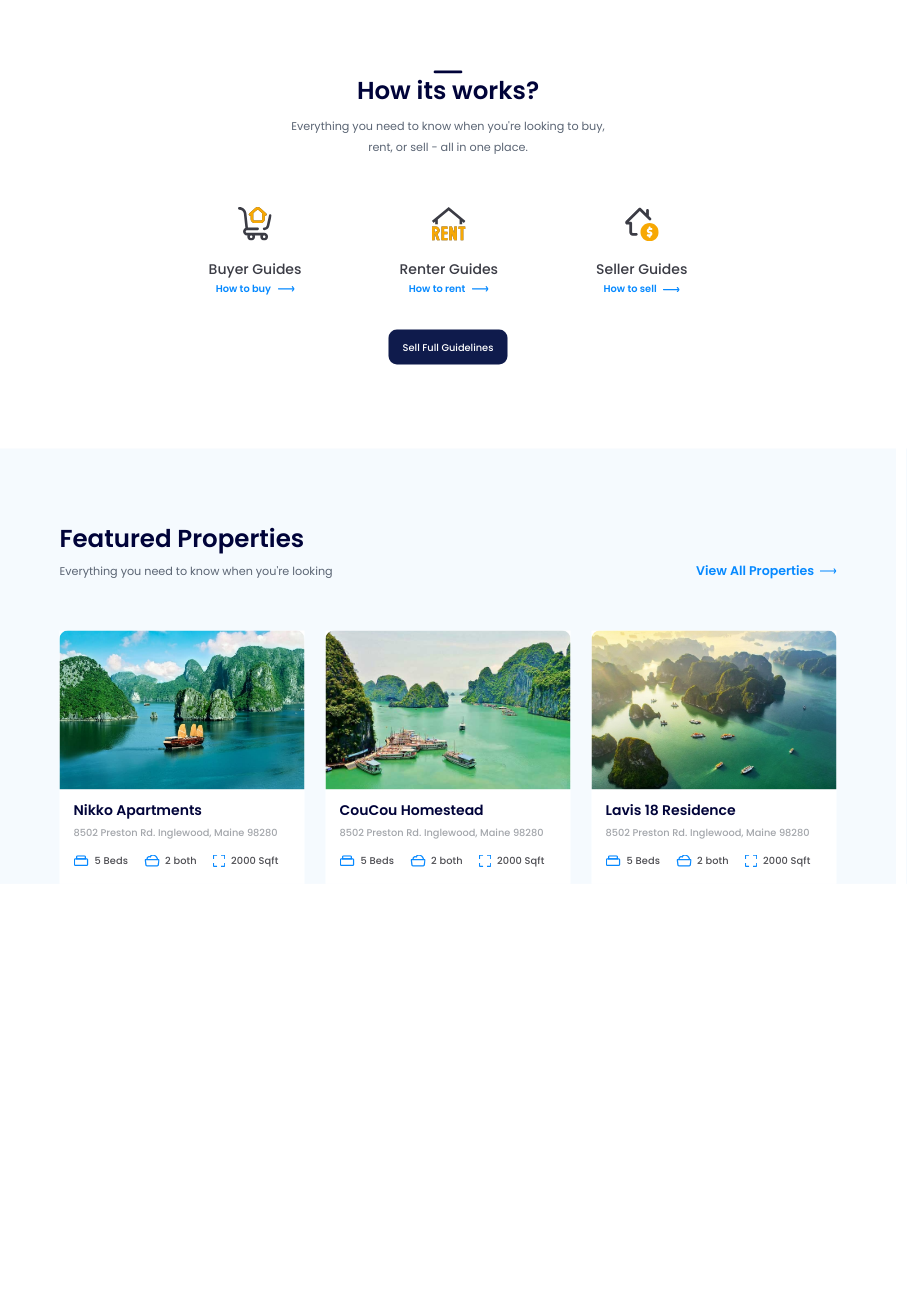
Repository: anhtien111198/f8-htmlcss-01
Page: index.html
The author's editor kept a copy of each file at every save. The page is drawn from the files as they stood at one save, then again after the next save.
The browser window is 1280 px wide. The page is 1295 px wide, so the pictures cover 1295 px, including what lies to the right of the window. The pictures show the part of the page from y = 1134 to 3014 px (the page is 10000 px tall), at 70% of full size.

Above is the page before, as saved 2023-04-30 01:10:44.

After the next save:
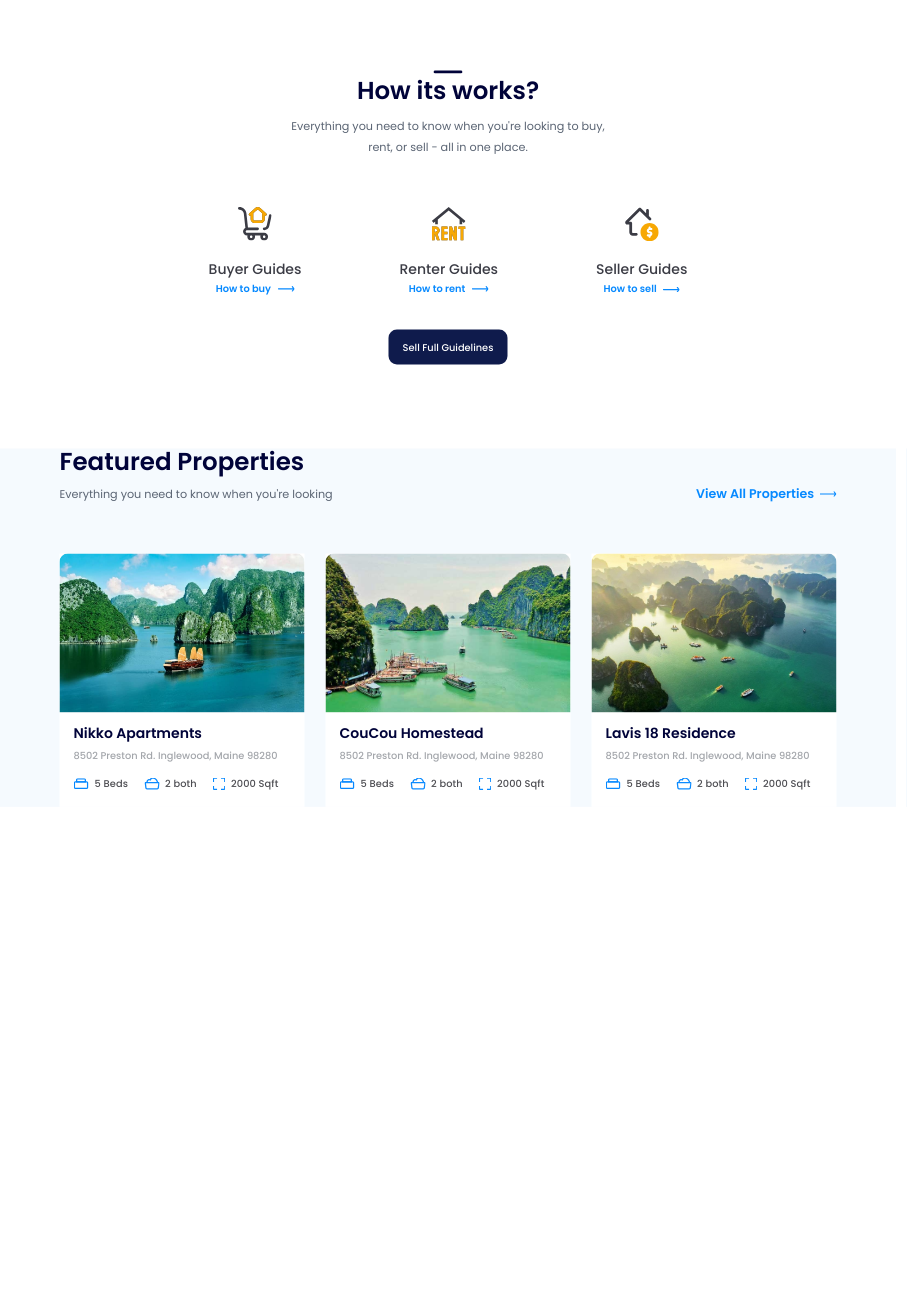
Saved 24 s later.
--- a/assets/css/styles.css
+++ b/assets/css/styles.css
@@ -206,7 +206,7 @@
 /* ======== Featured=========== */
 .featured {
     margin-top: 120px;
-    padding-top: 110px;
+    padding-top: 110px 0;
     background: #f5fafe;
 }
 /* .featured .content {

After the save that followed:
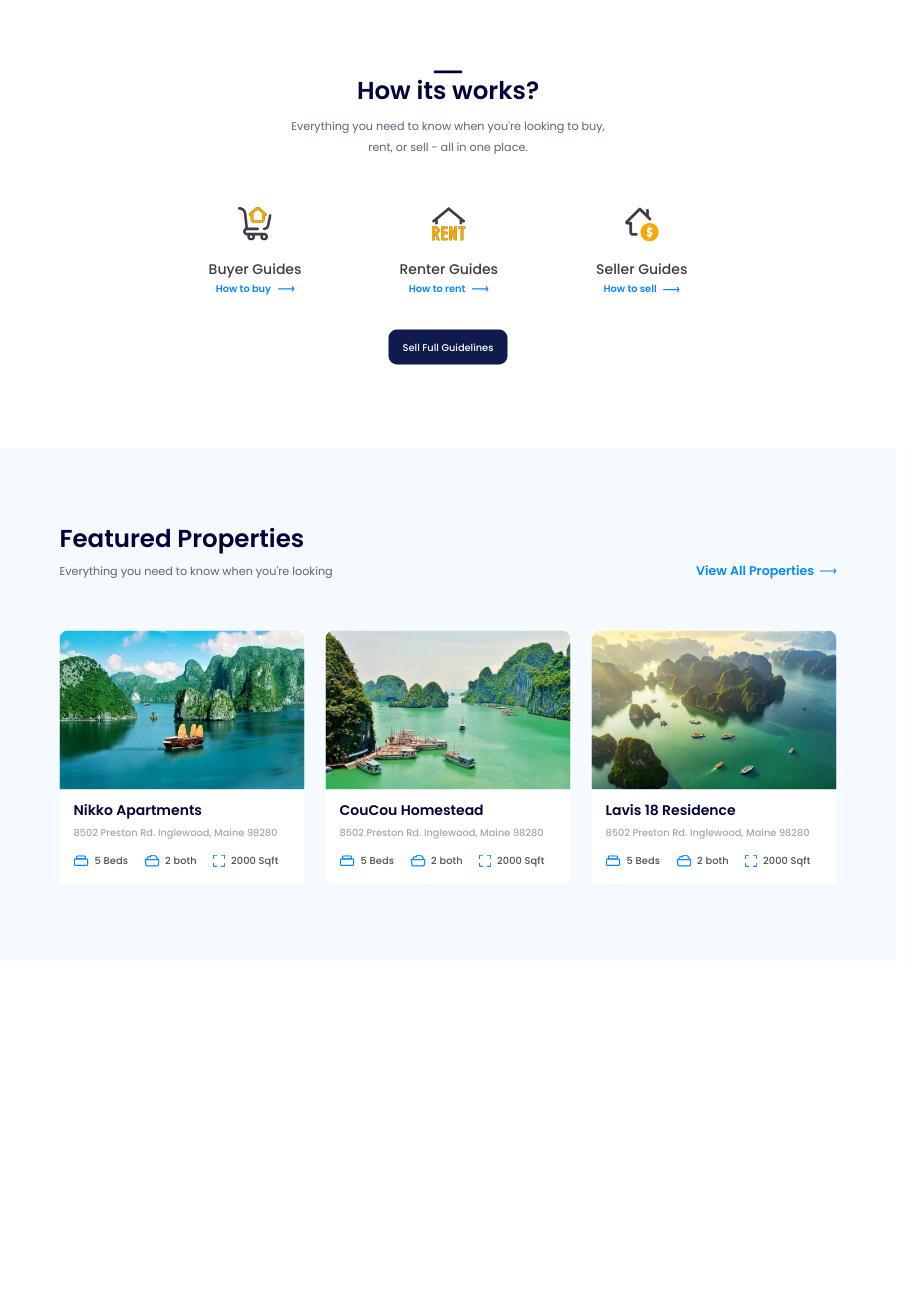
Saved 75 s later.
--- a/assets/css/styles.css
+++ b/assets/css/styles.css
@@ -206,7 +206,7 @@
 /* ======== Featured=========== */
 .featured {
     margin-top: 120px;
-    padding-top: 110px 0;
+    padding: 110px 0;
     background: #f5fafe;
 }
 /* .featured .content {
